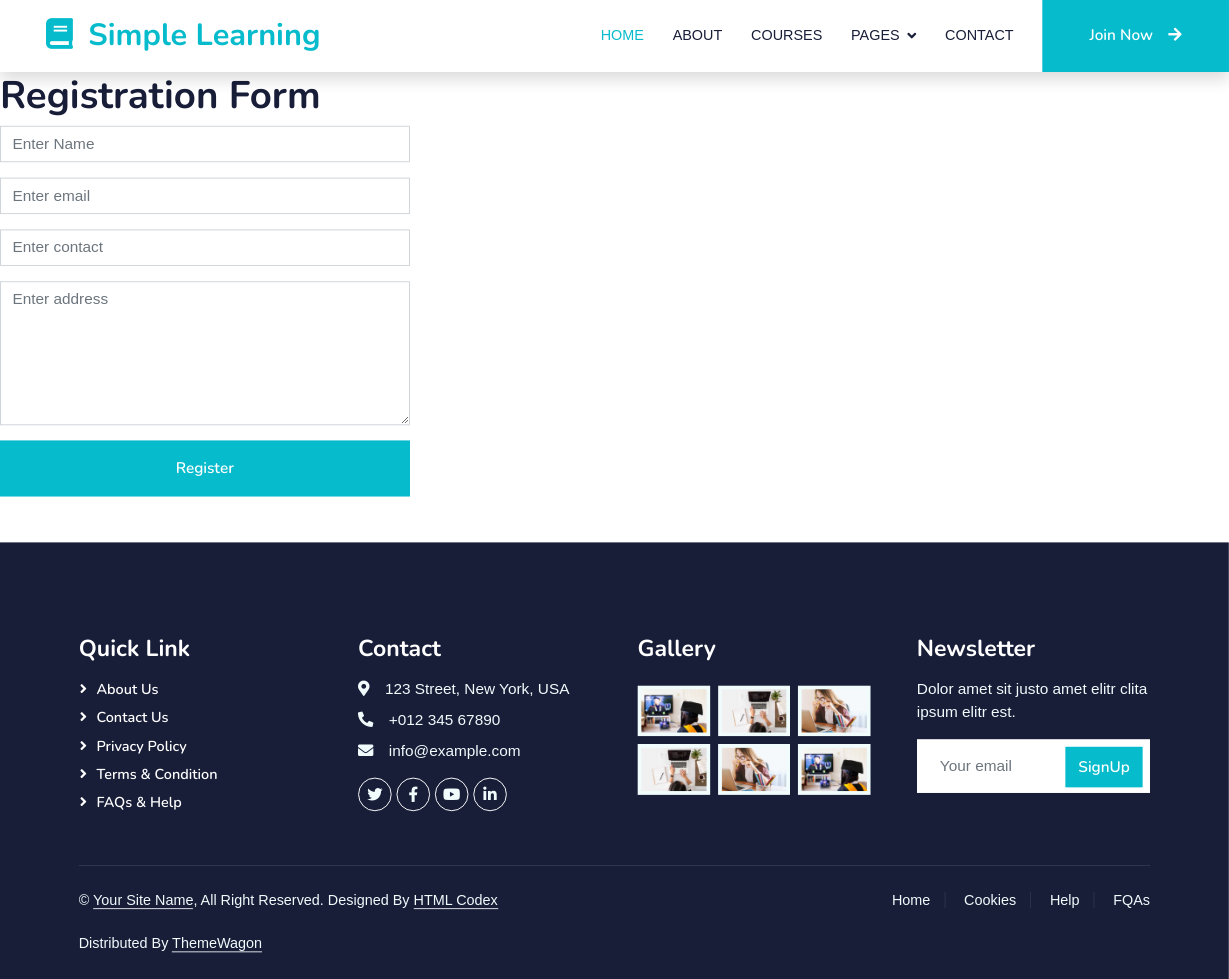
Repository: Arumugam2002/ARUMUGAM-TOPS-DAILY-TASKS
Page: http://localhost/register
These files come from the project's save history. The page is drawn as it stood at one moment and after the next save; the edit follows.
The browser window is 1280 px wide. The pictures show the whole page, at 96% of full size.
Some web fonts or font styles are not loaded; a fallback is used. Some web libraries are served in a nearby version. The page is this project's Thymeleaf template; nobody is signed in. The template is opened directly, without the code that normally fills it, so the values that code supplies are empty.

Above is the page before, as saved 2024-07-16 09:18:59.

### Java SpringBoot/Spring_Eclipse/SpringwithTemplate/src/main/resources/templates/register.html
<!DOCTYPE html>
<html lang="en">
	<head th:replace="/fragments/head :: head"></head>




<body>
	<head th:replace="/fragments/header :: header"></head>

	<h1>Registration Form</h1>

	<div class="col-lg-4 col-md-12 wow fadeInUp">

		<form action="/add" method="post">
			<div class="row g-3">
				<div class="col-12">

						<input type="text" class="form-control" name="name" id="name" placeholder="Enter Name">

				</div>

				<div class="col-12">

						<input type="email" class="form-control" name="email" id="email" placeholder="Enter email">


				</div>
				<div class="col-12">

						<input type="text" class="form-control" name="contact" id="subject" placeholder="Enter contact">


				</div>
				<div class="col-12">

						<textarea class="form-control" name="address" placeholder="Enter address" id="message"
							style="height: 150px"></textarea>


				</div>
				<div class="col-12">
					<button class="btn btn-primary w-100 py-3" type="submit" >Register</button>
				</div>
			</div>
		</form>
	</div>






	<footer th:replace="/fragments/footer :: footer"></footer>
</body>

</html>

### Java SpringBoot/Spring_Eclipse/SpringwithTemplate/src/main/resources/templates/fragments/head.html
<html lang="en">

<head lang="en" xmlns:th="http://www.thymeleaf.org">
    <meta charset="utf-8">
    <title>Simple Learning</title>
    <meta content="width=device-width, initial-scale=1.0" name="viewport">
    <meta content="" name="keywords">
    <meta content="" name="description">

    <!-- Favicon -->
    <link href="img/favicon.ico" rel="icon">

    <!-- Google Web Fonts -->
    <link rel="preconnect" href="https://fonts.googleapis.com">
    <link rel="preconnect" href="https://fonts.gstatic.com" crossorigin>
    <link href="https://fonts.googleapis.com/css2?family=Heebo:wght@400;500;600&family=Nunito:wght@600;700;800&display=swap" rel="stylesheet">

    <!-- Icon Font Stylesheet -->
    <link href="https://cdnjs.cloudflare.com/ajax/libs/font-awesome/5.10.0/css/all.min.css" rel="stylesheet">
    <link href="https://cdn.jsdelivr.net/npm/bootstrap-icons@1.4.1/font/bootstrap-icons.css" rel="stylesheet">

    <!-- Libraries Stylesheet -->
    <link href="assets/lib/animate/animate.min.css" rel="stylesheet">
    <link href="assets/lib/owlcarousel/assets/owl.carousel.min.css" rel="stylesheet">

    <!-- Customized Bootstrap Stylesheet -->
    <link href="assets/css/bootstrap.min.css" rel="stylesheet">

    <!-- Template Stylesheet -->
    <link href="assets/css/style.css" rel="stylesheet">
</head>

</html>

### Java SpringBoot/Spring_Eclipse/SpringwithTemplate/src/main/resources/templates/fragments/header.html
<html lang="en"
xmlns:th="http://www.thymeleaf.org"
xmlns:sec="http://www.thymeleaf.org/extras/spring-security">
<header>
<!-- Spinner Start -->
<div id="spinner"
	class="show bg-white position-fixed translate-middle w-100 vh-100 top-50 start-50 d-flex align-items-center justify-content-center">
	<div class="spinner-border text-primary" style="width: 3rem; height: 3rem;" role="status">
		<span class="sr-only">Loading...</span>
	</div>
</div>
<!-- Spinner End -->


<!-- Navbar Start -->
<nav class="navbar navbar-expand-lg bg-white navbar-light shadow sticky-top p-0">
	<a href="/" class="navbar-brand d-flex align-items-center px-4 px-lg-5">
		<h2 class="m-0 text-primary"><i class="fa fa-book me-3"></i>Simple Learning</h2>
	</a>
	<button type="button" class="navbar-toggler me-4" data-bs-toggle="collapse" data-bs-target="#navbarCollapse">
		<span class="navbar-toggler-icon"></span>
	</button>
	<div class="collapse navbar-collapse" id="navbarCollapse">
		<div class="navbar-nav ms-auto p-4 p-lg-0">
			<a href="/" class="nav-item nav-link active">Home</a>
			<a href="/about" class="nav-item nav-link">About</a>
			<a href="/courses" class="nav-item nav-link">Courses</a>
			<div class="nav-item dropdown">
				<a href="#" class="nav-link dropdown-toggle" data-bs-toggle="dropdown">Pages</a>
				<div class="dropdown-menu fade-down m-0">
					<a href="/team" class="dropdown-item">Our Team</a>
					<a href="/testimonial" class="dropdown-item">Testimonial</a>
					<a href="/404" class="dropdown-item">404 Page</a>
				</div>
			</div>
			<a href="/contact" class="nav-item nav-link">Contact</a>
		</div>
		<a href="/register" class="btn btn-primary py-4 px-lg-5 d-none d-lg-block">Join Now<i
				class="fa fa-arrow-right ms-3"></i></a>
	</div>
</nav>
<!-- Navbar End -->
</header>


</html>

### Java SpringBoot/Spring_Eclipse/SpringwithTemplate/src/main/resources/templates/fragments/footer.html
<!DOCTYPE html>
<html lang="en" xmlns:th="http://www.thymeleaf.org">

<body>

<footer>
	<!-- Footer Start -->
	<div class="container-fluid bg-dark text-light footer pt-5 mt-5 wow fadeIn" data-wow-delay="0.1s">
		<div class="container py-5">
			<div class="row g-5">
				<div class="col-lg-3 col-md-6">
					<h4 class="text-white mb-3">Quick Link</h4>
					<a class="btn btn-link" href="">About Us</a>
					<a class="btn btn-link" href="">Contact Us</a>
					<a class="btn btn-link" href="">Privacy Policy</a>
					<a class="btn btn-link" href="">Terms & Condition</a>
					<a class="btn btn-link" href="">FAQs & Help</a>
				</div>
				<div class="col-lg-3 col-md-6">
					<h4 class="text-white mb-3">Contact</h4>
					<p class="mb-2"><i class="fa fa-map-marker-alt me-3"></i>123 Street, New York, USA</p>
					<p class="mb-2"><i class="fa fa-phone-alt me-3"></i>+012 345 67890</p>
					<p class="mb-2"><i class="fa fa-envelope me-3"></i>info@example.com</p>
					<div class="d-flex pt-2">
						<a class="btn btn-outline-light btn-social" href=""><i class="fab fa-twitter"></i></a>
						<a class="btn btn-outline-light btn-social" href=""><i class="fab fa-facebook-f"></i></a>
						<a class="btn btn-outline-light btn-social" href=""><i class="fab fa-youtube"></i></a>
						<a class="btn btn-outline-light btn-social" href=""><i class="fab fa-linkedin-in"></i></a>
					</div>
				</div>
				<div class="col-lg-3 col-md-6">
					<h4 class="text-white mb-3">Gallery</h4>
					<div class="row g-2 pt-2">
						<div class="col-4">
							<img class="img-fluid bg-light p-1" src="img/course-1.jpg" alt="">
						</div>
						<div class="col-4">
							<img class="img-fluid bg-light p-1" src="img/course-2.jpg" alt="">
						</div>
						<div class="col-4">
							<img class="img-fluid bg-light p-1" src="img/course-3.jpg" alt="">
						</div>
						<div class="col-4">
							<img class="img-fluid bg-light p-1" src="img/course-2.jpg" alt="">
						</div>
						<div class="col-4">
							<img class="img-fluid bg-light p-1" src="img/course-3.jpg" alt="">
						</div>
						<div class="col-4">
							<img class="img-fluid bg-light p-1" src="img/course-1.jpg" alt="">
						</div>
					</div>
				</div>
				<div class="col-lg-3 col-md-6">
					<h4 class="text-white mb-3">Newsletter</h4>
					<p>Dolor amet sit justo amet elitr clita ipsum elitr est.</p>
					<div class="position-relative mx-auto" style="max-width: 400px;">
						<input class="form-control border-0 w-100 py-3 ps-4 pe-5" type="text" placeholder="Your email">
						<button type="button"
							class="btn btn-primary py-2 position-absolute top-0 end-0 mt-2 me-2">SignUp</button>
					</div>
				</div>
			</div>
		</div>
		<div class="container">
			<div class="copyright">
				<div class="row">
					<div class="col-md-6 text-center text-md-start mb-3 mb-md-0">
						&copy; <a class="border-bottom" href="#">Your Site Name</a>, All Right Reserved.

						<!--/*** This template is free as long as you keep the footer author’s credit link/attribution link/backlink. If you'd like to use the template without the footer author’s credit link/attribution link/backlink, you can purchase the Credit Removal License from "https://htmlcodex.com/credit-removal". Thank you for your support. ***/-->
						Designed By <a class="border-bottom" href="https://htmlcodex.com">HTML Codex</a><br><br>
						Distributed By <a class="border-bottom" href="https://themewagon.com">ThemeWagon</a>
					</div>
					<div class="col-md-6 text-center text-md-end">
						<div class="footer-menu">
							<a href="">Home</a>
							<a href="">Cookies</a>
							<a href="">Help</a>
							<a href="">FQAs</a>
						</div>
					</div>
				</div>
			</div>
		</div>
	</div>
	<!-- Footer End -->


	<!-- Back to Top -->
	<a href="#" class="btn btn-lg btn-primary btn-lg-square back-to-top"><i class="bi bi-arrow-up"></i></a>


	<!-- JavaScript Libraries -->
	<script src="https://code.jquery.com/jquery-3.4.1.min.js"></script>
	<script src="https://cdn.jsdelivr.net/npm/bootstrap@5.0.0/dist/js/bootstrap.bundle.min.js"></script>
	<script src="assets/lib/wow/wow.min.js"></script>
	<script src="assets/lib/easing/easing.min.js"></script>
	<script src="assets/lib/waypoints/waypoints.min.js"></script>
	<script src="assets/lib/owlcarousel/owl.carousel.min.js"></script>

	<!-- Template Javascript -->
	<script src="assets/js/main.js"></script>
	</footer>
</body>

</html>

### Java SpringBoot/Spring_Eclipse/SpringwithTemplate/src/main/resources/static/assets/css/style.css
/********** Template CSS **********/
:root {
    --primary: #06BBCC;
    --light: #F0FBFC;
    --dark: #181d38;
}

.fw-medium {
    font-weight: 600 !important;
}

.fw-semi-bold {
    font-weight: 700 !important;
}

.back-to-top {
    position: fixed;
    display: none;
    right: 45px;
    bottom: 45px;
    z-index: 99;
}


/*** Spinner ***/
#spinner {
    opacity: 0;
    visibility: hidden;
    transition: opacity .5s ease-out, visibility 0s linear .5s;
    z-index: 99999;
}

#spinner.show {
    transition: opacity .5s ease-out, visibility 0s linear 0s;
    visibility: visible;
    opacity: 1;
}


/*** Button ***/
.btn {
    font-family: 'Nunito', sans-serif;
    font-weight: 600;
    transition: .5s;
}

.btn.btn-primary,
.btn.btn-secondary {
    color: #FFFFFF;
}

.btn-square {
    width: 38px;
    height: 38px;
}

.btn-sm-square {
    width: 32px;
    height: 32px;
}

.btn-lg-square {
    width: 48px;
    height: 48px;
}

.btn-square,
.btn-sm-square,
.btn-lg-square {
    padding: 0;
    display: flex;
    align-items: center;
    justify-content: center;
    font-weight: normal;
    border-radius: 0px;
}


/*** Navbar ***/
.navbar .dropdown-toggle::after {
    border: none;
    content: "\f107";
    font-family: "Font Awesome 5 Free";
    font-weight: 900;
    vertical-align: middle;
    margin-left: 8px;
}

.navbar-light .navbar-nav .nav-link {
    margin-right: 30px;
    padding: 25px 0;
    color: #FFFFFF;
    font-size: 15px;
    text-transform: uppercase;
    outline: none;
}

.navbar-light .navbar-nav .nav-link:hover,
.navbar-light .navbar-nav .nav-link.active {
    color: var(--primary);
}

@media (max-width: 991.98px) {
    .navbar-light .navbar-nav .nav-link  {
        margin-right: 0;
        padding: 10px 0;
    }

    .navbar-light .navbar-nav {
        border-top: 1px solid #EEEEEE;
    }
}

.navbar-light .navbar-brand,
.navbar-light a.btn {
    height: 75px;
}

.navbar-light .navbar-nav .nav-link {
    color: var(--dark);
    font-weight: 500;
}

.navbar-light.sticky-top {
    top: -100px;
    transition: .5s;
}

@media (min-width: 992px) {
    .navbar .nav-item .dropdown-menu {
        display: block;
        margin-top: 0;
        opacity: 0;
        visibility: hidden;
        transition: .5s;
    }

    .navbar .dropdown-menu.fade-down {
        top: 100%;
        transform: rotateX(-75deg);
        transform-origin: 0% 0%;
    }

    .navbar .nav-item:hover .dropdown-menu {
        top: 100%;
        transform: rotateX(0deg);
        visibility: visible;
        transition: .5s;
        opacity: 1;
    }
}


/*** Header carousel ***/
@media (max-width: 768px) {
    .header-carousel .owl-carousel-item {
        position: relative;
        min-height: 500px;
    }

    .header-carousel .owl-carousel-item img {
        position: absolute;
        width: 100%;
        height: 100%;
        object-fit: cover;
    }
}

.header-carousel .owl-nav {
    position: absolute;
    top: 50%;
    right: 8%;
    transform: translateY(-50%);
    display: flex;
    flex-direction: column;
}

.header-carousel .owl-nav .owl-prev,
.header-carousel .owl-nav .owl-next {
    margin: 7px 0;
    width: 45px;
    height: 45px;
    display: flex;
    align-items: center;
    justify-content: center;
    color: #FFFFFF;
    background: transparent;
    border: 1px solid #FFFFFF;
    font-size: 22px;
    transition: .5s;
}

.header-carousel .owl-nav .owl-prev:hover,
.header-carousel .owl-nav .owl-next:hover {
    background: var(--primary);
    border-color: var(--primary);
}

.page-header {
    background: linear-gradient(rgba(24, 29, 56, .7), rgba(24, 29, 56, .7)), url(../img/carousel-1.jpg);
    background-position: center center;
    background-repeat: no-repeat;
    background-size: cover;
}

.page-header-inner {
    background: rgba(15, 23, 43, .7);
}

.breadcrumb-item + .breadcrumb-item::before {
    color: var(--light);
}


/*** Section Title ***/
.section-title {
    position: relative;
    display: inline-block;
    text-transform: uppercase;
}

.section-title::before {
    position: absolute;
    content: "";
    width: calc(100% + 80px);
    height: 2px;
    top: 4px;
    left: -40px;
    background: var(--primary);
    z-index: -1;
}

.section-title::after {
    position: absolute;
    content: "";
    width: calc(100% + 120px);
    height: 2px;
    bottom: 5px;
    left: -60px;
    background: var(--primary);
    z-index: -1;
}

.section-title.text-start::before {
    width: calc(100% + 40px);
    left: 0;
}

.section-title.text-start::after {
    width: calc(100% + 60px);
    left: 0;
}


/*** Service ***/
.service-item {
    background: var(--light);
    transition: .5s;
}

.service-item:hover {
    margin-top: -10px;
    background: var(--primary);
}

.service-item * {
    transition: .5s;
}

.service-item:hover * {
    color: var(--light) !important;
}


/*** Categories & Courses ***/
.category img,
.course-item img {
    transition: .5s;
}

.category a:hover img,
.course-item:hover img {
    transform: scale(1.1);
}


/*** Team ***/
.team-item img {
    transition: .5s;
}

.team-item:hover img {
    transform: scale(1.1);
}


/*** Testimonial ***/
.testimonial-carousel::before {
    position: absolute;
    content: "";
    top: 0;
    left: 0;
    height: 100%;
    width: 0;
    background: linear-gradient(to right, rgba(255, 255, 255, 1) 0%, rgba(255, 255, 255, 0) 100%);
    z-index: 1;
}

.testimonial-carousel::after {
    position: absolute;
    content: "";
    top: 0;
    right: 0;
    height: 100%;
    width: 0;
    background: linear-gradient(to left, rgba(255, 255, 255, 1) 0%, rgba(255, 255, 255, 0) 100%);
    z-index: 1;
}

@media (min-width: 768px) {
    .testimonial-carousel::before,
    .testimonial-carousel::after {
        width: 200px;
    }
}

@media (min-width: 992px) {
    .testimonial-carousel::before,
    .testimonial-carousel::after {
        width: 300px;
    }
}

.testimonial-carousel .owl-item .testimonial-text,
.testimonial-carousel .owl-item.center .testimonial-text * {
    transition: .5s;
}

.testimonial-carousel .owl-item.center .testimonial-text {
    background: var(--primary) !important;
}

.testimonial-carousel .owl-item.center .testimonial-text * {
    color: #FFFFFF !important;
}

.testimonial-carousel .owl-dots {
    margin-top: 24px;
    display: flex;
    align-items: flex-end;
    justify-content: center;
}

.testimonial-carousel .owl-dot {
    position: relative;
    display: inline-block;
    margin: 0 5px;
    width: 15px;
    height: 15px;
    border: 1px solid #CCCCCC;
    transition: .5s;
}

.testimonial-carousel .owl-dot.active {
    background: var(--primary);
    border-color: var(--primary);
}


/*** Footer ***/
.footer .btn.btn-social {
    margin-right: 5px;
    width: 35px;
    height: 35px;
    display: flex;
    align-items: center;
    justify-content: center;
    color: var(--light);
    font-weight: normal;
    border: 1px solid #FFFFFF;
    border-radius: 35px;
    transition: .3s;
}

.footer .btn.btn-social:hover {
    color: var(--primary);
}

.footer .btn.btn-link {
    display: block;
    margin-bottom: 5px;
    padding: 0;
    text-align: left;
    color: #FFFFFF;
    font-size: 15px;
    font-weight: normal;
    text-transform: capitalize;
    transition: .3s;
}

.footer .btn.btn-link::before {
    position: relative;
    content: "\f105";
    font-family: "Font Awesome 5 Free";
    font-weight: 900;
    margin-right: 10px;
}

.footer .btn.btn-link:hover {
    letter-spacing: 1px;
    box-shadow: none;
}

.footer .copyright {
    padding: 25px 0;
    font-size: 15px;
    border-top: 1px solid rgba(256, 256, 256, .1);
}

.footer .copyright a {
    color: var(--light);
}

.footer .footer-menu a {
    margin-right: 15px;
    padding-right: 15px;
    border-right: 1px solid rgba(255, 255, 255, .1);
}

.footer .footer-menu a:last-child {
    margin-right: 0;
    padding-right: 0;
    border-right: none;
}

Loaded but not shown: Java SpringBoot/Spring_Eclipse/SpringwithTemplate/src/main/resources/static/assets/lib/animate/animate.min.css (library); Java SpringBoot/Spring_Eclipse/SpringwithTemplate/src/main/resources/static/assets/lib/owlcarousel/assets/owl.carousel.min.css (common file); Java SpringBoot/Spring_Eclipse/SpringwithTemplate/src/main/resources/static/assets/css/bootstrap.min.css (library); Java SpringBoot/Spring_Eclipse/SpringwithTemplate/src/main/resources/static/assets/lib/wow/wow.min.js (library); Java SpringBoot/Spring_Eclipse/SpringwithTemplate/src/main/resources/static/assets/lib/easing/easing.min.js (common file); Java SpringBoot/Spring_Eclipse/SpringwithTemplate/src/main/resources/static/assets/lib/waypoints/waypoints.min.js (library); Java SpringBoot/Spring_Eclipse/SpringwithTemplate/src/main/resources/static/assets/lib/owlcarousel/owl.carousel.min.js (library); Java SpringBoot/Spring_Eclipse/SpringwithTemplate/src/main/resources/static/assets/js/main.js (108 lines, source omitted)

After the next save:
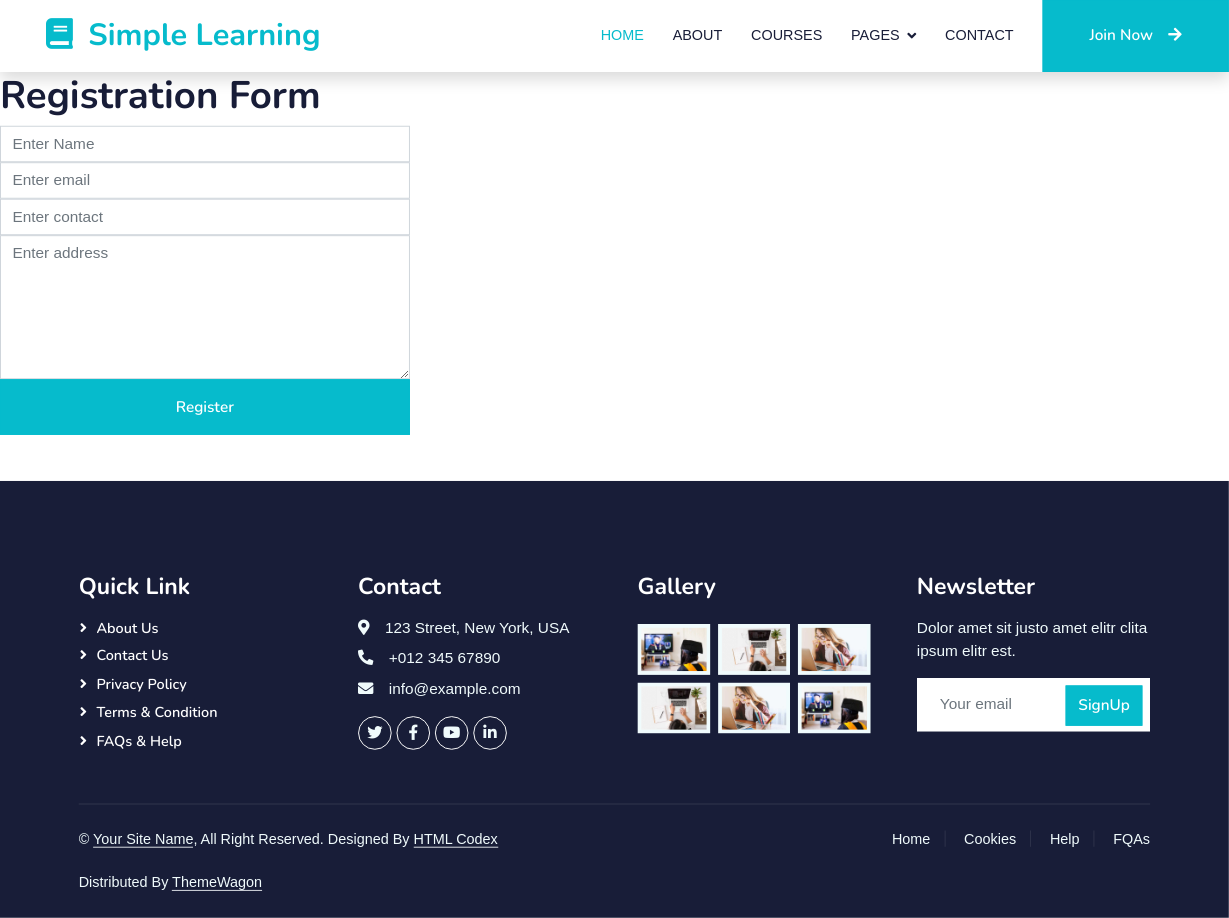
Saved 18 s later.
--- a/Java SpringBoot/Spring_Eclipse/SpringwithTemplate/src/main/resources/templates/register.html
+++ b/Java SpringBoot/Spring_Eclipse/SpringwithTemplate/src/main/resources/templates/register.html
@@ -13,7 +13,7 @@
 	<div class="col-lg-4 col-md-12 wow fadeInUp">
 
 		<form action="/add" method="post">
-			<div class="row g-3">
+			<div class="row g-10">
 				<div class="col-12">
 
 						<input type="text" class="form-control" name="name" id="name" placeholder="Enter Name">

After the save that followed:
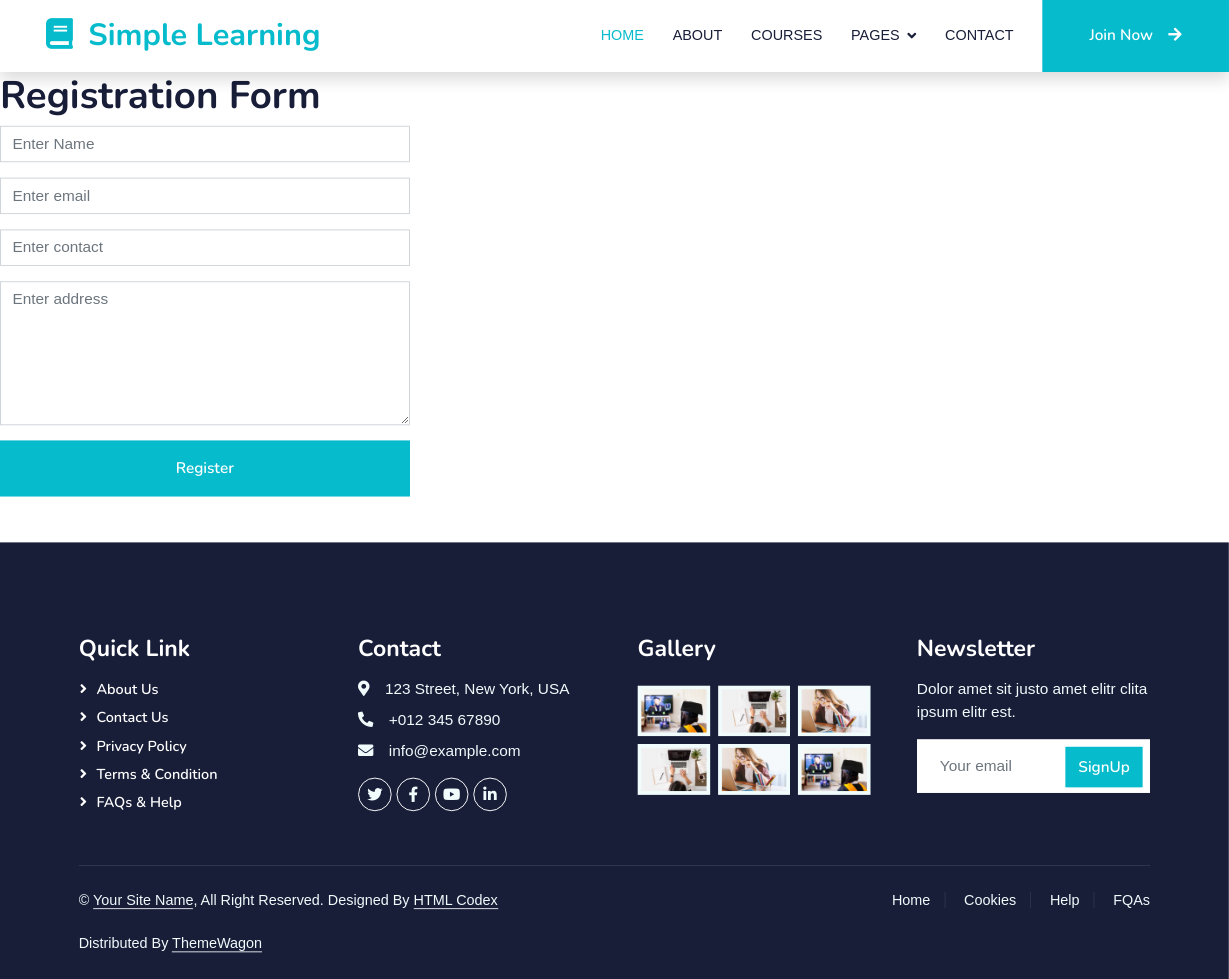
Saved 8 s later.
--- a/Java SpringBoot/Spring_Eclipse/SpringwithTemplate/src/main/resources/templates/register.html
+++ b/Java SpringBoot/Spring_Eclipse/SpringwithTemplate/src/main/resources/templates/register.html
@@ -13,7 +13,7 @@
 	<div class="col-lg-4 col-md-12 wow fadeInUp">
 
 		<form action="/add" method="post">
-			<div class="row g-10">
+			<div class="row g-3">
 				<div class="col-12">
 
 						<input type="text" class="form-control" name="name" id="name" placeholder="Enter Name">
